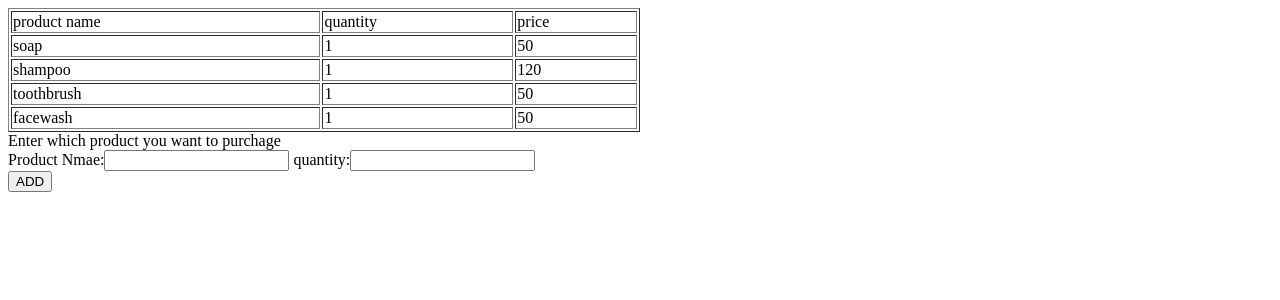
Repository: suryapattnayak/javascript
Page: Invoice/WebContent/product.html
These files come from the project's save history. The page is drawn as it stood at one moment and after the next save; the edit follows.
The browser window is 1280 px wide. The pictures show the whole page.

Above is the page before, as saved 2019-09-06 10:48:55.

After the next save:
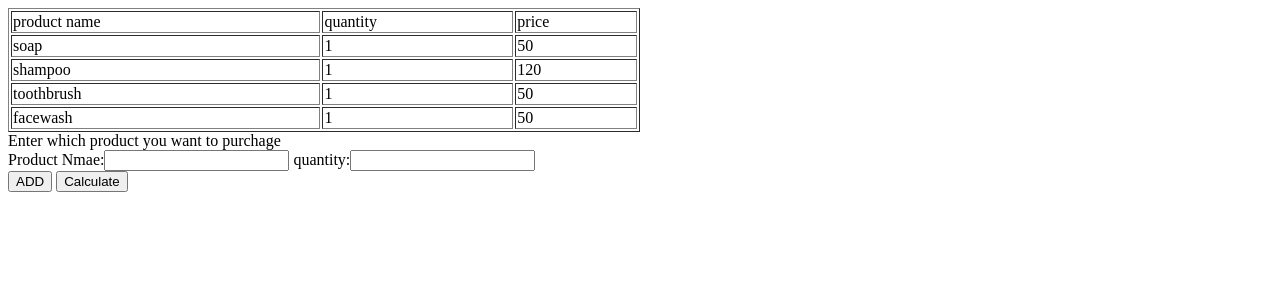
Saved 4 min 28 s later.
--- a/Invoice/WebContent/product.html
+++ b/Invoice/WebContent/product.html
@@ -19,6 +19,7 @@ Enter which product you want to purchage
 Product Nmae:<input type="text" name="pname" value="">
 quantity:<input type="text" name="qty" value=""><br>
 <input type="submit" name="AddtoCart" value="ADD">
+<input type="submit" name="Calc" value="Calculate">
 </form>
 </body>
 </html>
